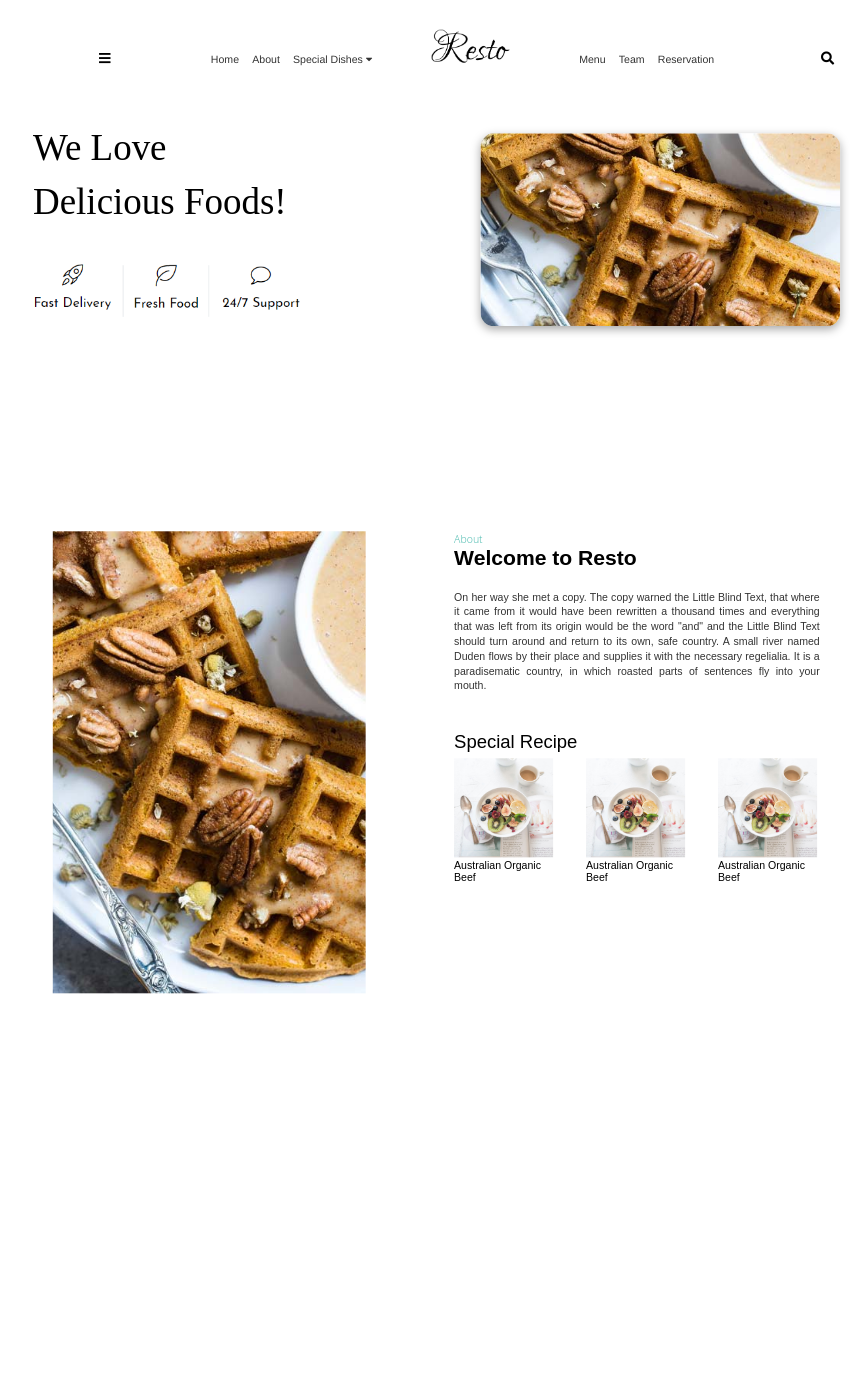
Repository: nguyenanhtuanHDU/myrestaurant
Page: index.html
An editor plug-in stored every save of this project. The page is shown before and after a run of saves, followed by the edit.
The browser window is 1280 px wide. The page is 1288 px wide, so the pictures cover 1288 px, including what lies to the right of the window. The pictures show the whole page, at 66% of full size.

Above is the page before, as saved 2022-02-01 02:12:13.

### index.html
<!DOCTYPE html>
<html lang="en">
<head>
    <meta charset="UTF-8">
    <meta http-equiv="X-UA-Compatible" content="IE=edge">
    <meta name="viewport" content="width=device-width, initial-scale=1.0">
    <link rel="stylesheet" href="./assets/style.css">
    <link rel="stylesheet" href="./assets/icon/fontawesome-free-5.15.4-web/css/all.css">
    <link rel="stylesheet" href="./assets/main.js">
    <link rel="stylesheet" href="./aos/aos.css">
    <title>Resto</title>

</head>
<body>
    <div id="main">
        <div id="header">

            <i class="fas fa-bars" ></i>

            <ul id="nav_1" >
                <li><a href="">Home</a></li>
                <li><a href="">About</a></li>
                <li>
                <a href="">
                    Special Dishes
                    <i class="fas fa-caret-down"></i>
                </a>
                <ul class="subnav_1">
                    <li><a href="">
                        <i class="fas fa-angle-right"></i>
                        Beef Steak Sauce
                    </a></li>
                    <li><a href="">
                        <i class="fas fa-angle-right"></i>
                        Salmon Zucchini
                    </a></li>
                </ul>
                </li>
            </ul>

            <img src="./assets/image/logo.png" alt="" class="img_header" >

            <div id="nav_2">
                <ul>
                    <li><a href="">Menu</a></li>
                    <li><a href="">Team</a></li>
                    <li><a href="">Reservation</a></li>
                </ul>
            </div>

            <i class="fas fa-search"></i>

        </div>

        <div id="introduce">

            <div class="content">
                <h1 class="content_heading1">We Love</h1>
                <h1 class="content_heading2">Delicious Foods!</h1>
                <div class="list_content">
                    <img src="/assets/image/Content/1.png" alt="" class="img_content">
                    <img src="/assets/image/Content/2.png" alt="" class="img_content">
                    <img src="/assets/image/Content/3.png" alt="" class="img_content">

                </div>

                <div class="slider_dish">
                    <img class="img_dish" src="./assets/image/hero-1.jpg" >
                    <img class="img_dish" src="./assets/image/hero-2.jpg" >
                    <img class="img_dish" src="./assets/image/hero-3.jpg" >
                </div>
            </div>



            <div class="about">
                <img src="./assets/image/hero-2.jpg" alt="" class="img_about">
                <div class="about_content">
                    <div class="about_heading">About</div>
                    <div class="about_title">Welcome to Resto </div>
                    <div class="content_para">On her way she met a copy. The copy warned the Little Blind Text, that where it came from it would have been rewritten a thousand times and everything that was left from its origin would be the word "and" and the Little Blind Text should turn around and return to its own, safe country. A small river named Duden flows by their place and supplies it with the necessary regelialia. It is a paradisematic country, in which roasted parts of sentences fly into your mouth.

                    </div>

                    <div class="about_dish">
                        <div class="dish_title">Special Recipe </div>
                        <div class="list_dish">
                            <div class="dish_items">
                                <img src="./assets/image/hero-1.jpg" alt="" class="dish_img">
                                <div class="dish_name">Australian Organic Beef</div>
                            </div>
                            <div class="dish_items">
                                <img src="./assets/image/hero-1.jpg" alt="" class="dish_img">
                                <div class="dish_name">Australian Organic Beef</div>
                            </div>
                            <div class="dish_items">
                                <img src="./assets/image/hero-1.jpg" alt="" class="dish_img">
                                <div class="dish_name">Australian Organic Beef</div>
                            </div>

                        </div>
                    </div>
                </div>
            </div>
        </div>

        <div id="special">

        </div>

        <div id="menu">

        </div>

        <div id="team">

        </div>

        <div id="book">

        </div>

        <div id="footer">

        </div>
    </div>


    <script src="./assets/main.js">

    </script>
    <script src="./aos/aos.js">
        AOS.init();

    </script>


</body>
</html>

### assets/style.css
*{
    margin: 0;
    padding: 0;
    box-sizing: border-box;
}

#header{

    margin-top: 45px;
    margin-left: 150px;
}
#header .fa-bars:hover{
    color: #45b8ac;
    cursor: pointer;
    transform: rotate(360deg);
    transition: .6s ease;
}
#header .fa-bars{
    display: inline-block;
    margin-right: 140px;
    font-size: 20px;
}
#header .fa-search{
    font-size: 20px;
    margin-left: 150px;
}
#header .fa-search:hover{
    color: #45b8ac;
    cursor: pointer;
    font-size: 30px;
    transition: 0.4s ease;
}
#nav_1{
    display: inline-block;

}
#nav_1 > li {
    display: inline-block;
    position: relative;
}
#nav > li:hover{
    display: block;
}

#nav_1 > li > a {
    position: relative;
    font-family: Helvetica, Arial, sans-serif;
    opacity: 0.8;
    display: block;
    color: black;
    text-decoration: none;
    padding: 6px 8px;
}
#nav_1 > li > a:before {
    content: '';
    position: absolute;
    bottom: 0;
    left: 0;
    background-color: #45b8ac;
    height: 3px;
    width: 0%;
    transition: 0.6s ease ;
}
#nav_1 > li > a:hover:before {
    width: 100%;
}
#nav_1 li:hover .subnav_1{
    display: block;
    animation: subnav-1 1s ease ;
}
@keyframes subnav-1{
    0%{
        opacity: 0;
        left: 100px;
    }
    50%{
        left: -20px;
    }
    100%{
        left: 0;
    }

}
.subnav_1{
    position: absolute;
    top: 30px;
    opacity: 1;
    width: 162px;
    display: none;
    z-index: 2;
    overflow: hidden;
    border-top-right-radius: 19px;
    border-bottom-right-radius: 19px;
    box-shadow: rgba(0, 0, 0, 0.35) 0px 5px 15px;
}
.subnav_1 li{
    display: block;
}
.subnav_1 li a:hover{
    background-color: #45b8ac;
    color: white;
}
.subnav_1 li a{
    position: relative;
    font-family: Helvetica, Arial, sans-serif;
    opacity: 0.8;
    color: black;
    text-decoration: none;
    padding: 6px 8px;
    display: block;
}
.subnav_1 li a:before{
    content: '';
    position: absolute;
    top: 0;
    left: 0;
    background-color: #45b8ac;
    height: 100%;
    width: 0%;
    z-index: -1;
}
.subnav_1 li a:hover:before{
    color: white;
}



.img_header{
    width: 117.25px;
    height: 50px;
    margin-left: 78px;
    margin-right: 94px;
}
#nav_2{
    display: inline-block;
}
#nav_2 li {
    display: inline-block;
}

#nav_2 li a {
    position: relative;
    text-decoration: none;
    color: black;
    font-family: Helvetica, Arial, sans-serif;
    opacity: 0.8;
    padding: 6px 8px;
}
#nav_2 li a:before {
    content: '';
    position: absolute;
    bottom: 0;
    left: 0;
    background-color: #45b8ac;
    height: 3px;
    width: 0%;
    transition: 0.6s ease;
}
#nav_2 li a:hover:before {
    width: 100%;
}
#introduce{
    position: relative;
    height: 2000px;
}
.content{
    position: absolute;
    top: 86px;
    left: 50px;
}
.content_heading1{
    font-size: 3.5rem;
    font-weight: 300;
    line-height: 1.2;
}
.content_heading2{
    font-size: 3.5rem;
    font-weight: 300;
    line-height: 1.2;
    padding-top: 14px;
    padding-bottom: 59px;
}
.slider_dish{

}
.img_dish{
    position: absolute;
    width: 545px;
    height: 292px;
    object-fit: cover;
    top: 11px;
    left: 167%;
    box-shadow: rgba(0, 0, 0, 0.35) 0px 5px 15px;
    border-radius: 20px;
}
.about{
    position: absolute;
    top: 700px;
}
.img_about{
    width: 474px;
    height: 700px;
    object-fit: cover;
    margin-left: 80px;
}
.about_content{
    position: absolute;
    top: 0;
    left: 43em;
    width: 100%;
}
.about_heading{
    color: #45b8ac;
    font-family: 'Open Sans',sans-serif;
    font-weight: 300;
}
.about_title{
    font-family: 'Josefin Sans',sans-serif;
    font-weight: 700;
    font-size: 32px;
    margin-bottom: 30px;
}
.content_para{
    font-family: 'Josefin Sans',sans-serif;
    text-align: justify;
    opacity: 0.8;
    line-height: 1.4;
    margin-bottom: 58px;
}
.about_dish{
    position: absolute;
}
.list_dish{
    display: flex;
}
.dish_items{
    margin-right: 50px;
}
.dish_title{
    font-family: 'Josefin Sans',sans-serif;
    font-weight: 400;
    font-size: 28px;
    margin-bottom: 8px;
}
.dish_img{
    width: 150px;
    height: 150px;
}
.dish_name{
    font-family: 'Josefin Sans',sans-serif;
    font-weight: 400;
}

### assets/main.js

var myIndex = 0;
        carousel();

        function carousel() {
          var i;
          var x = document.getElementsByClassName("img_dish");
          for (i = 0; i < x.length; i++) {
            x[i].style.display = "none";
          }
          myIndex++;
          if (myIndex > x.length) {myIndex = 1}
          x[myIndex-1].style.display = "block";
          setTimeout(carousel, 3000);
        }

Loaded but not shown: assets/icon/fontawesome-free-5.15.4-web/css/all.css (library); aos/aos.css (library); aos/aos.js (library)

After the next 2 saves:
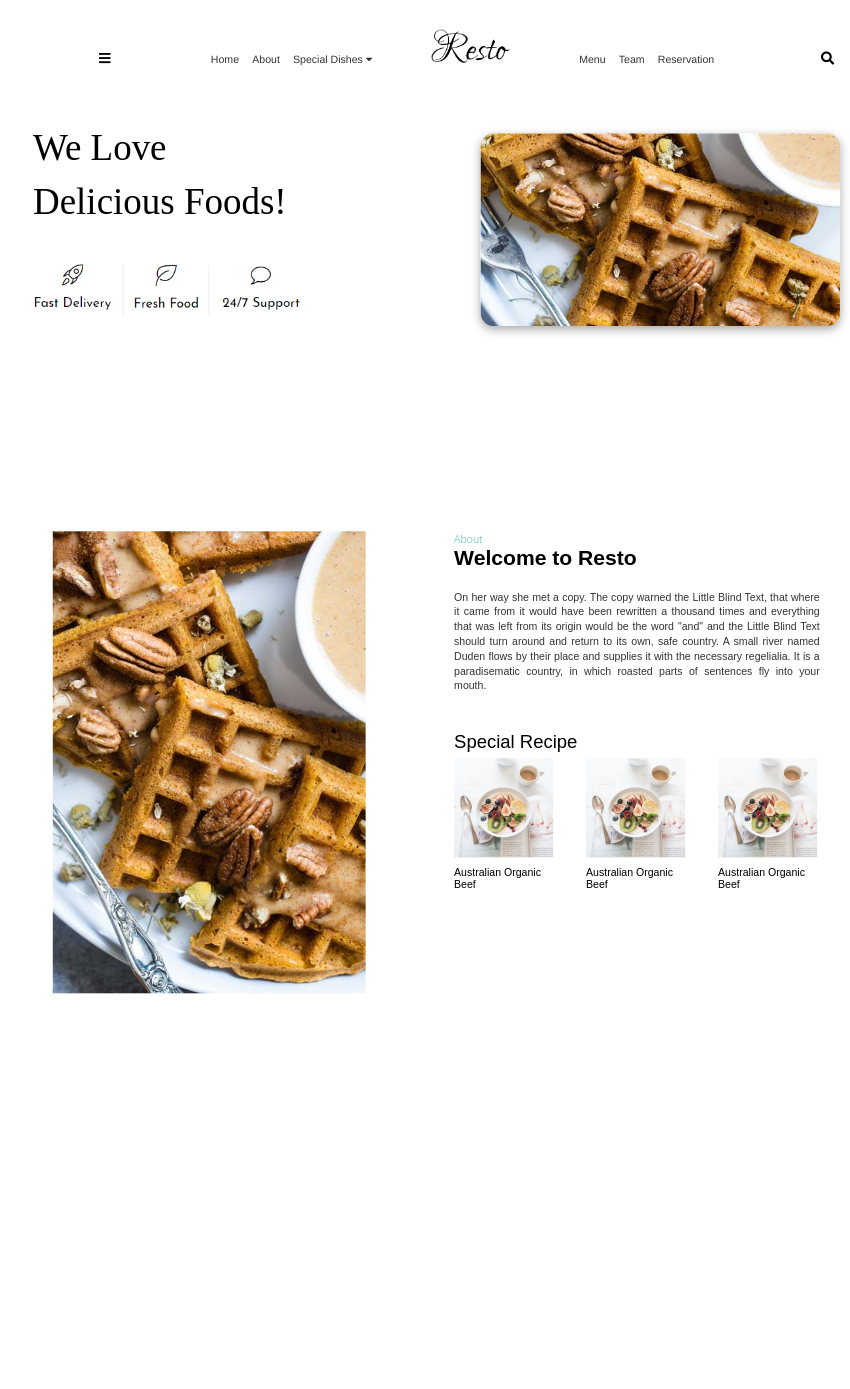
The 2 saves are shown as one change because they came seconds apart.
The last was saved 38 s later.
--- a/assets/style.css
+++ b/assets/style.css
@@ -249,4 +249,5 @@
 .dish_name{
     font-family: 'Josefin Sans',sans-serif;
     font-weight: 400;
-}
+    margin-top: 10px;
+}
